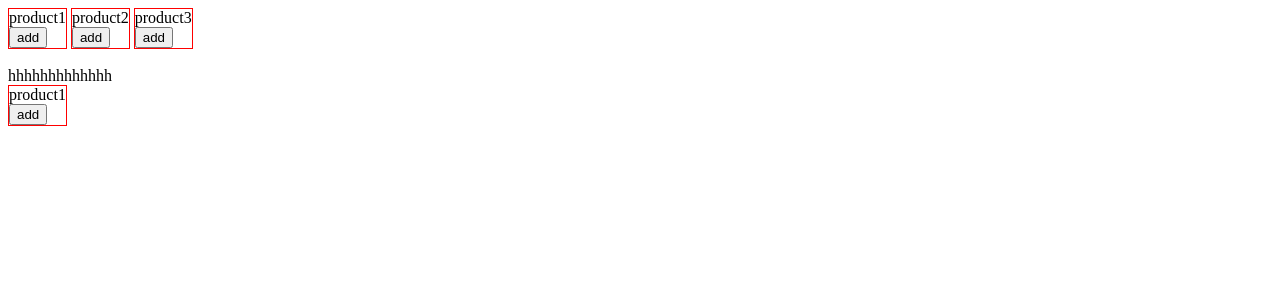
Repository: quynh232000/javascript-basic
Page: Lab5/demo.html
An editor plug-in stored every save of this project. The page is shown before and after the next save, followed by the edit.
The browser window is 1280 px wide. The pictures show the whole page.
After loading, the first visible `button.btn` was clicked once.

Above is the page before, as saved 2023-07-27 21:36:19.

### Lab5/demo.html
<!DOCTYPE html>
<html lang="en">
  <head>
    <meta charset="UTF-8" />
    <meta name="viewport" content="width=device-width, initial-scale=1.0" />
    <title>Document</title>
  </head>
  <body>
    <div class="left">
      <div class="item" style="border: 1px solid red; display: inline-block">
        product1
        <div>
          <span><button class="btn">add</button></span>
        </div>
      </div>
      <div class="item" style="border: 1px solid red; display: inline-block">
        product2
        <div>
          <span><button class="btn">add</button></span>
        </div>
      </div>
      <div class="item" style="border: 1px solid red; display: inline-block">
        product3
        <div>
          <span><button class="btn">add</button></span>
        </div>
      </div>
    </div>
    <br />
    <div>hhhhhhhhhhhhh</div>
    <div class="right"></div>
    <script>
      let a = document.querySelector(".left");
      let b = document.querySelector(".right");
      const btnEl = document.querySelectorAll(".btn");

      btnEl.forEach((element) => {
        element.addEventListener("click", () => {
          const elParent = element.closest(".item");
          elParent.onclick = () => {
            b.appendChild(elParent.cloneNode(true));
          };
        });
      });
    </script>
  </body>
</html>

After the next save:
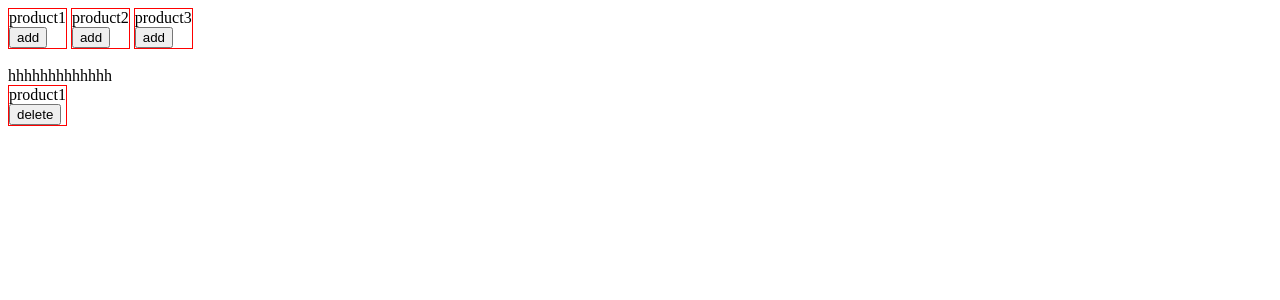
Saved 2 min 52 s later.
--- a/Lab5/demo.html
+++ b/Lab5/demo.html
@@ -38,7 +38,9 @@
         element.addEventListener("click", () => {
           const elParent = element.closest(".item");
           elParent.onclick = () => {
-            b.appendChild(elParent.cloneNode(true));
+            let cloneNode = elParent.cloneNode(true);
+            b.appendChild(cloneNode);
+            cloneNode.querySelector(".btn").textContent = "delete";
           };
         });
       });
